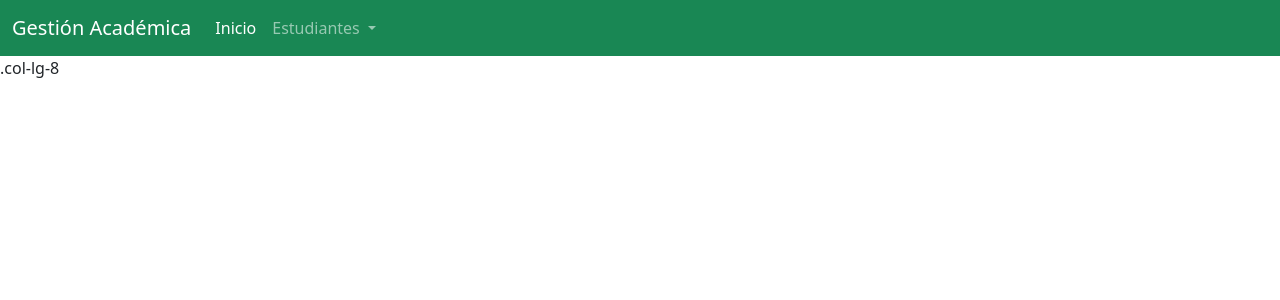
Repository: cesartomedes/frontacademico
Page: /
The author's editor kept a copy of each file at every save. The page is drawn from the files as they stood at one save, then again after the next save.
The browser window is 1280 px wide. The pictures show the whole page.
The project was rebuilt for these pictures with package versions that can differ from the ones it lists, and the page was loaded fresh each time. Also part of the build but not shown: vue.config.js, src/components/HelloWorld.vue, src/views/EstudianteNew.vue, src/views/EstudianteEdit.vue, src/views/EstudianteView.vue.

Above is the page before, as saved 2023-10-24 15:42:24.

### src/main.js
import { createApp } from 'vue'
import App from './App.vue'
import router from './router'
import store from './store'
import '@fortawesome/fontawesome-free/css/all.min.css'
import 'bootstrap/dist/css/bootstrap.css'


createApp(App).use(store).use(router).mount('#app')

import 'bootstrap/dist/js/bootstrap'

### src/App.vue
<template>
      <nav class="navbar navbar-expand-lg navbar-dark bg-success">
        <div class="container-fluid">
          <a class="navbar-brand" href="#">Gestión Académica</a>
          <button class="navbar-toggler" type="button" data-bs-toggle="collapse" data-bs-target="#navbarSupportedContent" aria-controls="navbarSupportedContent" aria-expanded="false" aria-label="Toggle navigation">
            <span class="navbar-toggler-icon"></span>
          </button>
          <div class="collapse navbar-collapse" id="navbarSupportedContent">
            <ul class="navbar-nav me-auto mb-2 mb-lg-0">
              <li class="nav-item">
                <a class="nav-link active" aria-current="page" href="#">Inicio</a>
              </li>

              <li class="nav-item dropdown">
                <a class="nav-link dropdown-toggle" href="#" role="button" data-bs-toggle="dropdown" aria-expanded="false">
                  Estudiantes
                </a>
                <ul class="dropdown-menu">

                  <li>
                    <router-link class="dropdown-item" to="/">Listar Estudiantes</router-link>
                  </li>

                  <li>
                    <router-link class="dropdown-item" to="/createE">Registrar Nuevo</router-link>
                  </li>
                  <li><hr class="dropdown-divider"></li>
                  <li><a class="dropdown-item" href="#">Something else here</a></li>
                </ul>
              </li>
            </ul>

          </div>
        </div>
    </nav>
    <div class="container-fluid">
      <router-view/>
    </div>

</template>

### src/router/index.js
import { createRouter, createWebHashHistory } from 'vue-router'
import HomeView from '../views/HomeView.vue'
import EstudianteNew from '../views/EstudianteNew.vue'
import EstudianteEdit from '../views/EstudianteEdit.vue'
import EstudianteView from '../views/EstudianteView.vue'

const routes = [
  {
    path: '/',
    name: 'home',
    component: HomeView
  },

  {
    path: '/createE',
    name: 'createE',
    component: EstudianteNew
  },

  {
    path: '/editE/:id',
    name: 'editE',
    component: EstudianteEdit
  },

  {
    path: '/viewE/:id',
    name: 'viewE',
    component: EstudianteView
  }
]

const router = createRouter({
  history: createWebHashHistory(),
  routes
})

export default router

### src/views/HomeView.vue
<template>
      <div class="row">
        .col-lg-8
      </div>
</template>

<script>
// @ is an alias to /src
import HelloWorld from '@/components/HelloWorld.vue'

export default {
  name: 'HomeView',
  components: {
    HelloWorld
  }
}
</script>

Loaded but not shown: public/index.html (common file); src/store/index.js (common file)

After the next save:
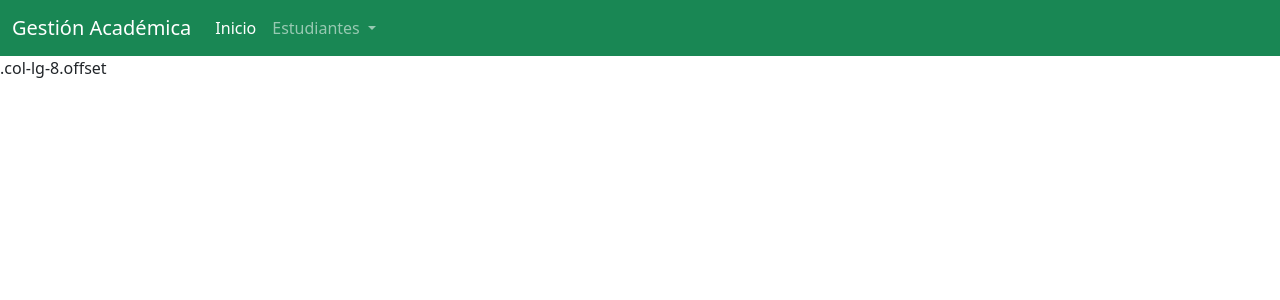
Saved 6 s later.
--- a/src/views/HomeView.vue
+++ b/src/views/HomeView.vue
@@ -1,6 +1,6 @@
 <template>
       <div class="row">
-        .col-lg-8
+        .col-lg-8.offset
       </div>
 </template>
 
